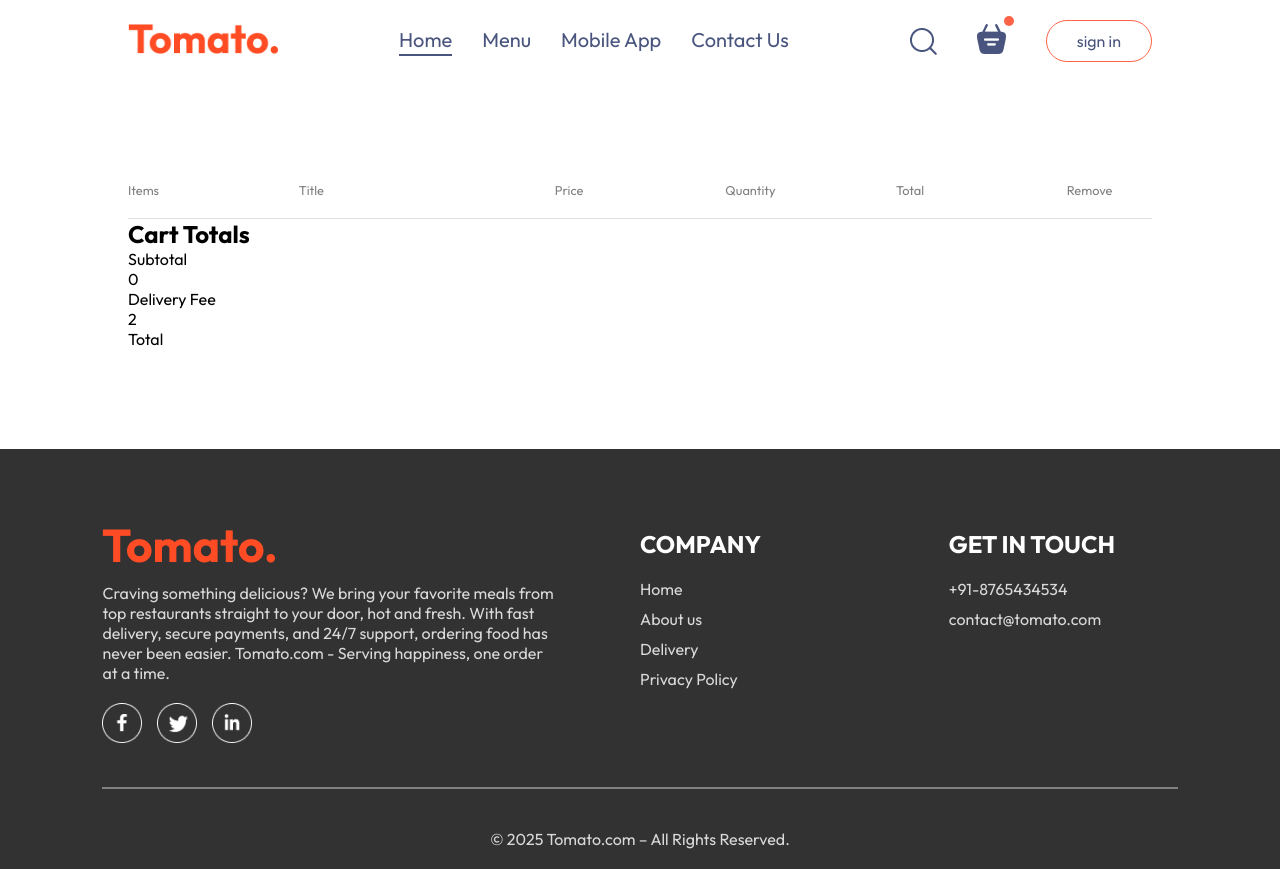
Repository: esakkiraj8104/FOOD_ORDER1
Page: /cart
These files come from the project's save history. The page is drawn as it stood at one moment and after a run of saves; the edit follows.
The browser window is 1280 px wide. The pictures show the whole page.
The project was rebuilt for these pictures with package versions that can differ from the ones it lists, and the page was loaded fresh each time. Also part of the build but not shown: vite.config.js, src/components/Navbar/Header/Haeder.css, src/components/Navbar/Header/Header.jsx, src/components/Navbar/ExploreMenu/ExploreMenu.css, src/components/Navbar/ExploreMenu/ExploreMenu.jsx, src/components/Navbar/FoodDisplay/FoodDisplay.css, src/components/Navbar/FoodItem/FoodItem.css, src/components/Navbar/FoodItem/FoodItem.jsx and 6 more. Imported but missing from the stored project, and not drawn on this page: src/pages/PlaceOrder/PlaceOrder.

Above is the page before, as saved 2025-05-20 18:46:22.

After the next 2 saves:
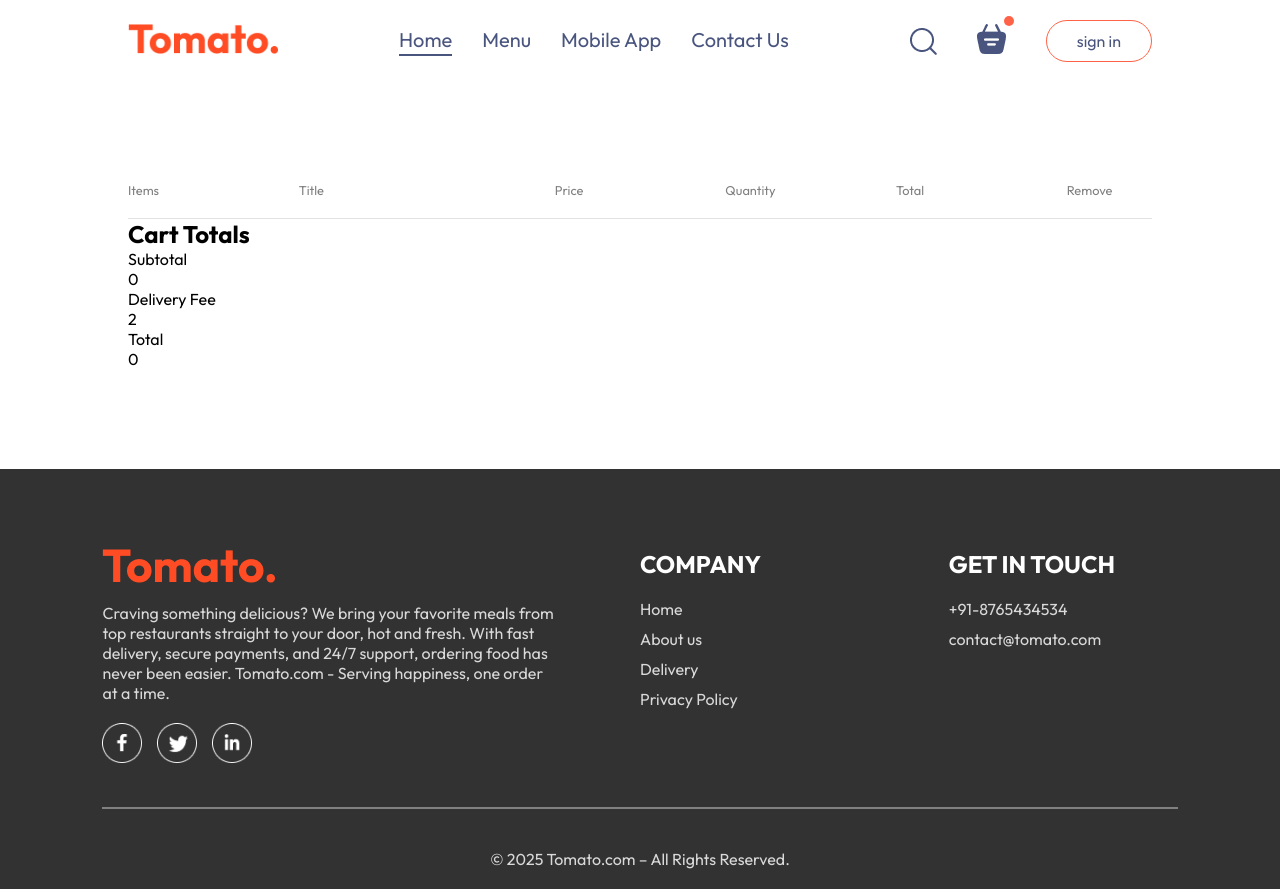
The 2 saves are shown as one change because they came seconds apart.
The last was saved 9 s later.
--- a/src/pages/Cart/Cart.jsx
+++ b/src/pages/Cart/Cart.jsx
@@ -51,7 +51,7 @@ const Cart = () => {
             </div>
             <div className="cart-total-details">
               <p>Total</p>
-              <p></p>
+              <p>{0}</p>
             </div>
           </div>
         </div>
